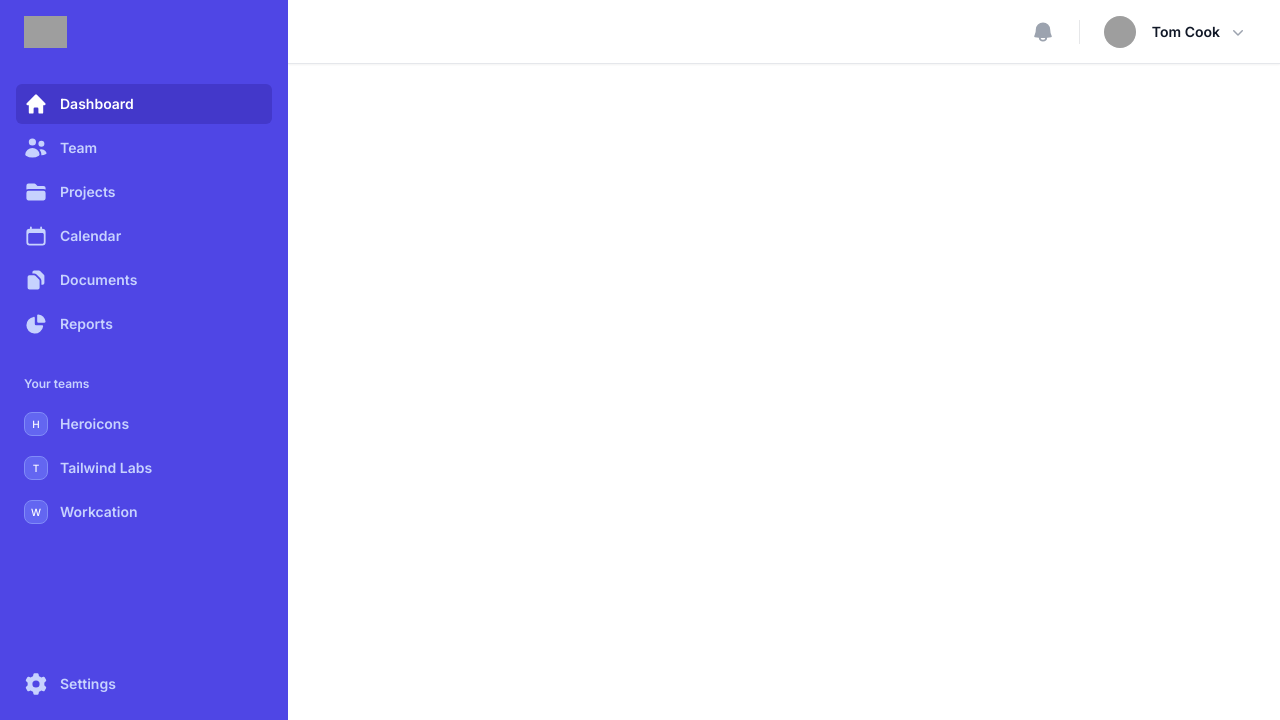
Repository: uh-sman/digital-x
Page: /
An editor plug-in stored every save of this project. The page is shown before and after the next save, followed by the edit.
The browser window is 1280 px wide. The pictures show the whole page.
Pictures or frames that could not be fetched are drawn as grey boxes. The project was rebuilt for these pictures with package versions that can differ from the ones it lists, and the page was loaded fresh each time. The framework's server and built-in components were replaced by stand-ins that run in the browser. Also part of the build but not shown: next.config.mjs.

Above is the page before, as saved 2024-04-02 10:12:11.

### app/layout.tsx
import type { Metadata } from "next";
import { Inter } from "next/font/google";
import "./globals.css";
import SideBar from "./(routes)/(components)/sidebar";

const inter = Inter({ subsets: ["latin"] });

export const metadata: Metadata = {
  title: "Create Next App",
  description: "Generated by create next app",
};

export default function RootLayout({
  children,
}: Readonly<{
  children: React.ReactNode;
}>) {
  return (
    <html lang="en">
      <body className={inter.className}>
        {/* <div className="flex"> */}
          {/* <SideBar /> */}
          {/* <div>
            </div> */}
            {children}
        {/* </div> */}
      </body>
    </html>
  );
}

### app/(routes)/page.tsx
import Image from "next/image";
import SideBar from "./(components)/sidebar";

import { Fragment } from 'react'
import {
  CalendarIcon,
  ChevronLeftIcon,
  ChevronRightIcon,
  EllipsisHorizontalIcon,
  MapPinIcon,
} from '@heroicons/react/20/solid'
import { Menu, Transition } from '@headlessui/react'

const meetings = [
  {
    id: 1,
    date: 'January 10th, 2022',
    time: '5:00 PM',
    datetime: '2022-01-10T17:00',
    name: 'Leslie Alexander',
    imageUrl:
      'https://images.unsplash.com/photo-1494790108377-be9c29b29330?ixlib=rb-1.2.1&ixid=eyJhcHBfaWQiOjEyMDd9&auto=format&fit=facearea&facepad=2&w=256&h=256&q=80',
    location: 'Starbucks',
  },
  // More meetings...
]
const days = [
  { date: '2021-12-27' },
  { date: '2021-12-28' },
  { date: '2021-12-29' },
  { date: '2021-12-30' },
  { date: '2021-12-31' },
  { date: '2022-01-01', isCurrentMonth: true },
  { date: '2022-01-02', isCurrentMonth: true },
  { date: '2022-01-03', isCurrentMonth: true },
  { date: '2022-01-04', isCurrentMonth: true },
  { date: '2022-01-05', isCurrentMonth: true },
  { date: '2022-01-06', isCurrentMonth: true },
  { date: '2022-01-07', isCurrentMonth: true },
  { date: '2022-01-08', isCurrentMonth: true },
  { date: '2022-01-09', isCurrentMonth: true },
  { date: '2022-01-10', isCurrentMonth: true },
  { date: '2022-01-11', isCurrentMonth: true },
  { date: '2022-01-12', isCurrentMonth: true, isToday: true },
  { date: '2022-01-13', isCurrentMonth: true },
  { date: '2022-01-14', isCurrentMonth: true },
  { date: '2022-01-15', isCurrentMonth: true },
  { date: '2022-01-16', isCurrentMonth: true },
  { date: '2022-01-17', isCurrentMonth: true },
  { date: '2022-01-18', isCurrentMonth: true },
  { date: '2022-01-19', isCurrentMonth: true },
  { date: '2022-01-20', isCurrentMonth: true },
  { date: '2022-01-21', isCurrentMonth: true },
  { date: '2022-01-22', isCurrentMonth: true, isSelected: true },
  { date: '2022-01-23', isCurrentMonth: true },
  { date: '2022-01-24', isCurrentMonth: true },
  { date: '2022-01-25', isCurrentMonth: true },
  { date: '2022-01-26', isCurrentMonth: true },
  { date: '2022-01-27', isCurrentMonth: true },
  { date: '2022-01-28', isCurrentMonth: true },
  { date: '2022-01-29', isCurrentMonth: true },
  { date: '2022-01-30', isCurrentMonth: true },
  { date: '2022-01-31', isCurrentMonth: true },
  { date: '2022-02-01' },
  { date: '2022-02-02' },
  { date: '2022-02-03' },
  { date: '2022-02-04' },
  { date: '2022-02-05' },
  { date: '2022-02-06' },
]

function classNames(...classes:any) {
  return classes.filter(Boolean).join(' ')
}

export default function Home() {
  return (
    <div>
      <SideBar />
    </div>
  )
}

### app/(routes)/(components)/sidebar.tsx
"use client"
import {  Fragment, useState } from "react";
import { Dialog, Menu, Transition } from '@headlessui/react'
import { useRouter } from "next/navigation";
import {
    Bars3Icon,
    BellIcon,
    CalendarIcon,
  ChartPieIcon,
  ChevronDownIcon,
  Cog6ToothIcon,
  DocumentDuplicateIcon,
  FolderIcon,
  HomeIcon,
  MagnifyingGlassIcon,
  UsersIcon,
  XMarkIcon,
} from "@heroicons/react/20/solid";
const navigation = [
  { name: "Dashboard", href: "/", icon: HomeIcon, current: true },
  { name: "Team", href: "/team", icon: UsersIcon, current: false },
  { name: "Projects", href: "/projects", icon: FolderIcon, current: false },
  { name: "Calendar", href: "/calender", icon: CalendarIcon, current: false },
  {
    name: "Documents",
    href: "#",
    icon: DocumentDuplicateIcon,
    current: false,
  },
  { name: "Reports", href: "#", icon: ChartPieIcon, current: false },
];

const teams = [
    { id: 1, name: 'Heroicons', href: '#', initial: 'H', current: false },
    { id: 2, name: 'Tailwind Labs', href: '#', initial: 'T', current: false },
    { id: 3, name: 'Workcation', href: '#', initial: 'W', current: false },
  ]

  const userNavigation = [
    { name: 'Your profile', href: '#' },
    { name: 'Sign out', href: '#' },
  ]

  function classNames(...classes:any) {
    return classes.filter(Boolean).join(' ')
  }

const SideBar = () => {

    const [sidebarOpen, setSidebarOpen] = useState(false)
    const { push } = useRouter()

  return (
    <>
      {/*
        This example requires updating your template:

        ```
        <html class="h-full bg-white">
        <body class="h-full">
        ```
      */}
      <div>
        <Transition.Root show={sidebarOpen} as={Fragment}>
          <Dialog as="div" className="relative z-50 lg:hidden" onClose={setSidebarOpen}>
            <Transition.Child
              as={Fragment}
              enter="transition-opacity ease-linear duration-300"
              enterFrom="opacity-0"
              enterTo="opacity-100"
              leave="transition-opacity ease-linear duration-300"
              leaveFrom="opacity-100"
              leaveTo="opacity-0"
            >
              <div className="fixed inset-0 bg-gray-900/80" />
            </Transition.Child>

            <div className="fixed inset-0 flex">
              <Transition.Child
                as={Fragment}
                enter="transition ease-in-out duration-300 transform"
                enterFrom="-translate-x-full"
                enterTo="translate-x-0"
                leave="transition ease-in-out duration-300 transform"
                leaveFrom="translate-x-0"
                leaveTo="-translate-x-full"
              >
                <Dialog.Panel className="relative mr-16 flex w-full max-w-xs flex-1">
                  <Transition.Child
                    as={Fragment}
                    enter="ease-in-out duration-300"
                    enterFrom="opacity-0"
                    enterTo="opacity-100"
                    leave="ease-in-out duration-300"
                    leaveFrom="opacity-100"
                    leaveTo="opacity-0"
                  >
                    <div className="absolute left-full top-0 flex w-16 justify-center pt-5">
                      <button type="button" className="-m-2.5 p-2.5" onClick={() => setSidebarOpen(false)}>
                        <span className="sr-only">Close sidebar</span>
                        <XMarkIcon className="h-6 w-6 text-white" aria-hidden="true" />
                      </button>
                    </div>
                  </Transition.Child>
                  {/* Sidebar component, swap this element with another sidebar if you like */}
                  <div className="flex grow flex-col gap-y-5 overflow-y-auto bg-indigo-600 px-6 pb-4">
                    <div className="flex h-16 shrink-0 items-center">
                        {/* HUB Project */}
                      <img
                        className="h-8 w-auto"
                        src="https://tailwindui.com/img/logos/mark.svg?color=white"
                        alt="Your Company"
                      />
                    </div>
                    {/* SIDE-NAV */}
                    <nav className="flex flex-1 flex-col">
                      <ul role="list" className="flex flex-1 flex-col gap-y-7">
                        <li>
                          <ul role="list" className="-mx-2 space-y-1">
                            {navigation.map((item) => (
                              <li key={item.name}>
                                <a
                                  href={item.href}
                                  className={classNames(
                                    item.current
                                      ? 'bg-indigo-700 text-white'
                                      : 'text-indigo-200 hover:text-white hover:bg-indigo-700',
                                    'group flex gap-x-3 rounded-md p-2 text-sm leading-6 font-semibold'
                                  )}
                                >
                                  <item.icon
                                    className={classNames(
                                      item.current ? 'text-white' : 'text-indigo-200 group-hover:text-white',
                                      'h-6 w-6 shrink-0'
                                    )}
                                    aria-hidden="true"
                                  />
                                  {item.name}
                                </a>
                              </li>
                            ))}
                          </ul>
                        </li>
                        <li>
                          <div className="text-xs font-semibold leading-6 text-indigo-200">Your teams</div>
                          <ul role="list" className="-mx-2 mt-2 space-y-1">
                            {teams.map((team) => (
                              <li key={team.name}>
                                <a
                                  href={team.href}
                                  className={classNames(
                                    team.current
                                      ? 'bg-indigo-700 text-white'
                                      : 'text-indigo-200 hover:text-white hover:bg-indigo-700',
                                    'group flex gap-x-3 rounded-md p-2 text-sm leading-6 font-semibold'
                                  )}
                                >
                                  <span className="flex h-6 w-6 shrink-0 items-center justify-center rounded-lg border border-indigo-400 bg-indigo-500 text-[0.625rem] font-medium text-white">
                                    {team.initial}
                                  </span>
                                  <span className="truncate">{team.name}</span>
                                </a>
                              </li>
                            ))}
                          </ul>
                        </li>
                        <li className="mt-auto">
                          <a
                            href="#"
                            className="group -mx-2 flex gap-x-3 rounded-md p-2 text-sm font-semibold leading-6 text-indigo-200 hover:bg-indigo-700 hover:text-white"
                          >
                            <Cog6ToothIcon
                              className="h-6 w-6 shrink-0 text-indigo-200 group-hover:text-white"
                              aria-hidden="true"
                            />
                            Settings
                          </a>
                        </li>
                      </ul>
                    </nav>
                  </div>
                </Dialog.Panel>
              </Transition.Child>
            </div>
          </Dialog>
        </Transition.Root>

        {/* Static sidebar for desktop */}
        <div className="hidden lg:fixed lg:inset-y-0 lg:z-50 lg:flex lg:w-72 lg:flex-col">
          {/* Sidebar component, swap this element with another sidebar if you like */}
          <div className="flex grow flex-col gap-y-5 overflow-y-auto bg-indigo-600 px-6 pb-4">
            <div className="flex h-16 shrink-0 items-center">
              <img
                className="h-8 w-auto"
                src="https://tailwindui.com/img/logos/mark.svg?color=white"
                alt="Your Company"
              />
            </div>
            <nav className="flex flex-1 flex-col">
              <ul role="list" className="flex flex-1 flex-col gap-y-7">
                <li>
                  <ul role="list" className="-mx-2 space-y-1">
                    {navigation.map((item) => (
                      <li key={item.name}>
                        <a
                          href={item.href}
                          className={classNames(
                            item.current
                              ? 'bg-indigo-700 text-white'
                              : 'text-indigo-200 hover:text-white hover:bg-indigo-700',
                            'group flex gap-x-3 rounded-md p-2 text-sm leading-6 font-semibold'
                          )}
                        >
                          <item.icon
                            className={classNames(
                              item.current ? 'text-white' : 'text-indigo-200 group-hover:text-white',
                              'h-6 w-6 shrink-0'
                            )}
                            aria-hidden="true"
                          />
                          {item.name}
                        </a>
                      </li>
                    ))}
                  </ul>
                </li>
                <li>
                  <div className="text-xs font-semibold leading-6 text-indigo-200">Your teams</div>
                  <ul role="list" className="-mx-2 mt-2 space-y-1">
                    {teams.map((team) => (
                      <li key={team.name}>
                        <a
                          href={team.href}
                          className={classNames(
                            team.current
                              ? 'bg-indigo-700 text-white'
                              : 'text-indigo-200 hover:text-white hover:bg-indigo-700',
                            'group flex gap-x-3 rounded-md p-2 text-sm leading-6 font-semibold'
                          )}
                        >
                          <span className="flex h-6 w-6 shrink-0 items-center justify-center rounded-lg border border-indigo-400 bg-indigo-500 text-[0.625rem] font-medium text-white">
                            {team.initial}
                          </span>
                          <span className="truncate">{team.name}</span>
                        </a>
                      </li>
                    ))}
                  </ul>
                </li>
                <li className="mt-auto">
                  <a
                    href="#"
                    className="group -mx-2 flex gap-x-3 rounded-md p-2 text-sm font-semibold leading-6 text-indigo-200 hover:bg-indigo-700 hover:text-white"
                  >
                    <Cog6ToothIcon
                      className="h-6 w-6 shrink-0 text-indigo-200 group-hover:text-white"
                      aria-hidden="true"
                    />
                    Settings
                  </a>
                </li>
              </ul>
            </nav>
          </div>
        </div>

        <div className="lg:pl-72">
          <div className="sticky top-0 z-40 flex h-16 shrink-0 items-center gap-x-4 border-b border-gray-200 bg-white px-4 shadow-sm sm:gap-x-6 sm:px-6 lg:px-8">
            <button type="button" className="-m-2.5 p-2.5 text-gray-700 lg:hidden" onClick={() => setSidebarOpen(true)}>
              <span className="sr-only">Open sidebar</span>
              <Bars3Icon className="h-6 w-6" aria-hidden="true" />
            </button>

            {/* Separator */}
            <div className="h-6 w-px bg-gray-900/10 lg:hidden" aria-hidden="true" />

            <div className="flex flex-1 gap-x-4 justify-end self-stretch lg:gap-x-6">
              {/* <form className="relative flex flex-1" action="#" method="GET">
                <label htmlFor="search-field" className="sr-only">
                  Search
                </label>
                <MagnifyingGlassIcon
                  className="pointer-events-none absolute inset-y-0 left-0 h-full w-5 text-gray-400"
                  aria-hidden="true"
                />
                <input
                  id="search-field"
                  className="block h-full w-full border-0 py-0 pl-8 pr-0 text-gray-900 placeholder:text-gray-400 focus:ring-0 sm:text-sm"
                  placeholder="Search..."
                  type="search"
                  name="search"
                />
              </form> */}
              <div className="flex items-center gap-x-4 lg:gap-x-6">
                <button type="button" className="-m-2.5 p-2.5 text-gray-400 hover:text-gray-500">
                  <span className="sr-only">View notifications</span>
                  <BellIcon className="h-6 w-6" aria-hidden="true" />
                </button>

                {/* Separator */}
                <div className="hidden lg:block lg:h-6 lg:w-px lg:bg-gray-900/10" aria-hidden="true" />

                {/* Profile dropdown */}
                <Menu as="div" className="relative">
                  <Menu.Button className="-m-1.5 flex items-center p-1.5">
                    <span className="sr-only">Open user menu</span>
                    <img
                      className="h-8 w-8 rounded-full bg-gray-50"
                      src="https://images.unsplash.com/photo-1472099645785-5658abf4ff4e?ixlib=rb-1.2.1&ixid=eyJhcHBfaWQiOjEyMDd9&auto=format&fit=facearea&facepad=2&w=256&h=256&q=80"
                      alt=""
                    />
                    <span className="hidden lg:flex lg:items-center">
                      <span className="ml-4 text-sm font-semibold leading-6 text-gray-900" aria-hidden="true">
                        Tom Cook
                      </span>
                      <ChevronDownIcon className="ml-2 h-5 w-5 text-gray-400" aria-hidden="true" />
                    </span>
                  </Menu.Button>
                  <Transition
                    as={Fragment}
                    enter="transition ease-out duration-100"
                    enterFrom="transform opacity-0 scale-95"
                    enterTo="transform opacity-100 scale-100"
                    leave="transition ease-in duration-75"
                    leaveFrom="transform opacity-100 scale-100"
                    leaveTo="transform opacity-0 scale-95"
                  >
                    <Menu.Items className="absolute right-0 z-10 mt-2.5 w-32 origin-top-right rounded-md bg-white py-2 shadow-lg ring-1 ring-gray-900/5 focus:outline-none">
                      {userNavigation.map((item) => (
                        <Menu.Item key={item.name}>
                          {({ active }) => (
                            <a
                              href={item.href}
                              className={classNames(
                                active ? 'bg-gray-50' : '',
                                'block px-3 py-1 text-sm leading-6 text-gray-900'
                              )}
                            >
                              {item.name}
                            </a>
                          )}
                        </Menu.Item>
                      ))}
                    </Menu.Items>
                  </Transition>
                </Menu>
              </div>
            </div>
          </div>

          <main className="py-10">
            <div className="px-4 sm:px-6 lg:px-8">
                {/* components */}
            </div>
          </main>
        </div>
      </div>
    </>
  )
}

export default SideBar

### tailwind.config.ts
import type { Config } from "tailwindcss";

const config: Config = {
  content: [
    "./pages/**/*.{js,ts,jsx,tsx,mdx}",
    "./components/**/*.{js,ts,jsx,tsx,mdx}",
    "./app/**/*.{js,ts,jsx,tsx,mdx}",
  ],
  theme: {
    extend: {
      backgroundImage: {
        "gradient-radial": "radial-gradient(var(--tw-gradient-stops))",
        "gradient-conic":
          "conic-gradient(from 180deg at 50% 50%, var(--tw-gradient-stops))",
      },
    },
  },
  plugins: [
    require("@tailwindcss/forms"),
  ],
};
export default config;

Loaded but not shown: app/globals.css (common file)

After the next save:
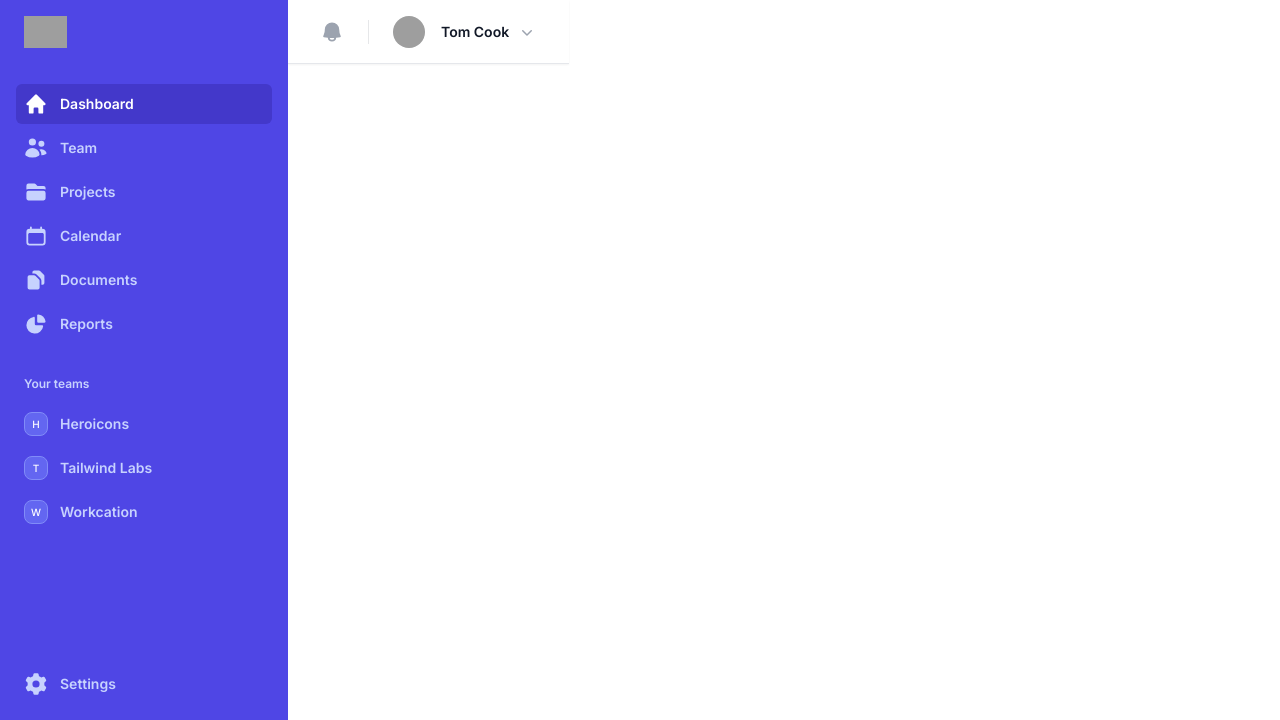
Saved 65 s later.
--- a/app/layout.tsx
+++ b/app/layout.tsx
@@ -18,12 +18,10 @@ export default function RootLayout({
   return (
     <html lang="en">
       <body className={inter.className}>
-        {/* <div className="flex"> */}
-          {/* <SideBar /> */}
-          {/* <div>
-            </div> */}
-            {children}
-        {/* </div> */}
+        <div className="flex">
+          <SideBar />
+          <div>{children}</div>
+        </div>
       </body>
     </html>
   );
--- a/app/(routes)/page.tsx
+++ b/app/(routes)/page.tsx
@@ -76,7 +76,6 @@ function classNames(...classes:any) {
 export default function Home() {
   return (
     <div>
-      <SideBar />
     </div>
   )
 }
